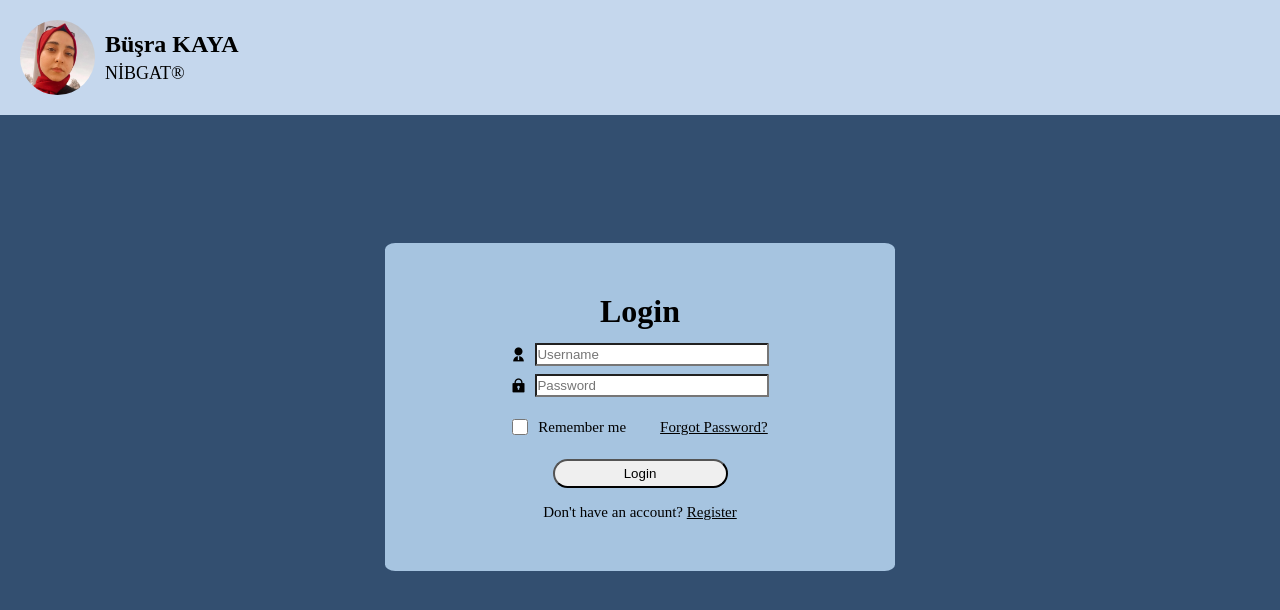
Repository: busra-kayaa/LoginPage
Page: login.html
These files come from the project's save history. The page is drawn as it stood at one moment and after the next save; the edit follows.
The browser window is 1280 px wide. The pictures show the whole page.

Above is the page before, as saved 2024-01-05 18:43:20.

After the next save:
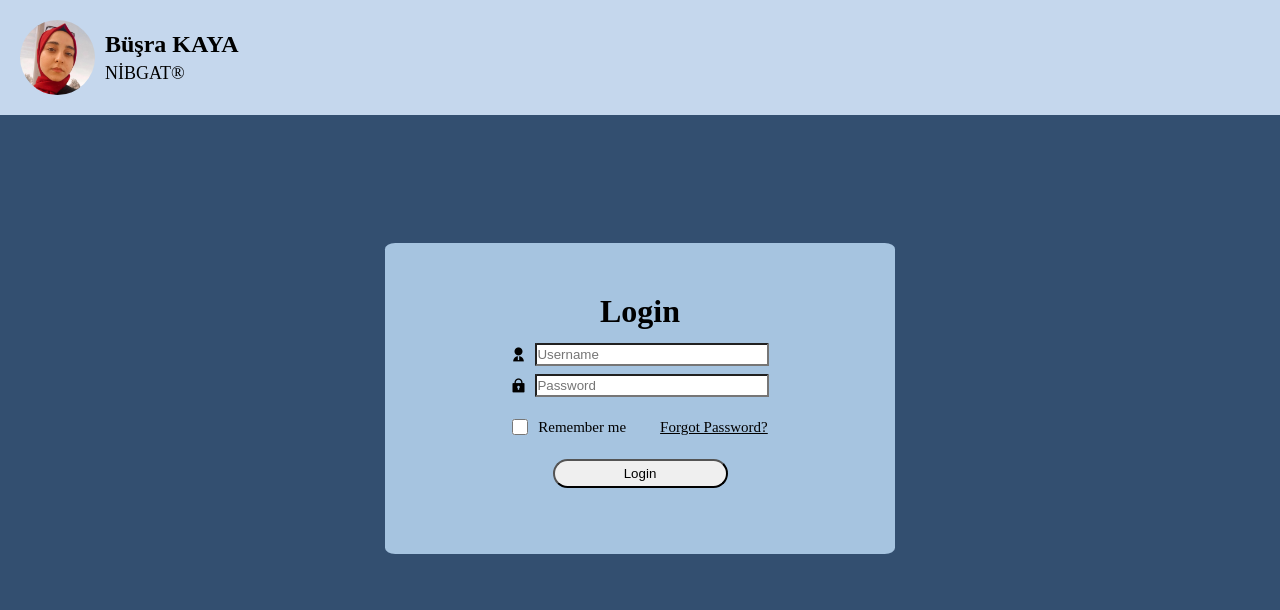
Saved 47 s later.
--- a/login.html
+++ b/login.html
@@ -67,9 +67,6 @@
 
              <button onclick="alert('Başarıyla Giriş Yaptınız.')" type="submit" class="login-button">Login</button>
 
-             <div class="login-register">
-                Don't have an account? <a href="#"  target="_blank">Register</a>
-             </div>
         </div>
     </body>
 </html>
